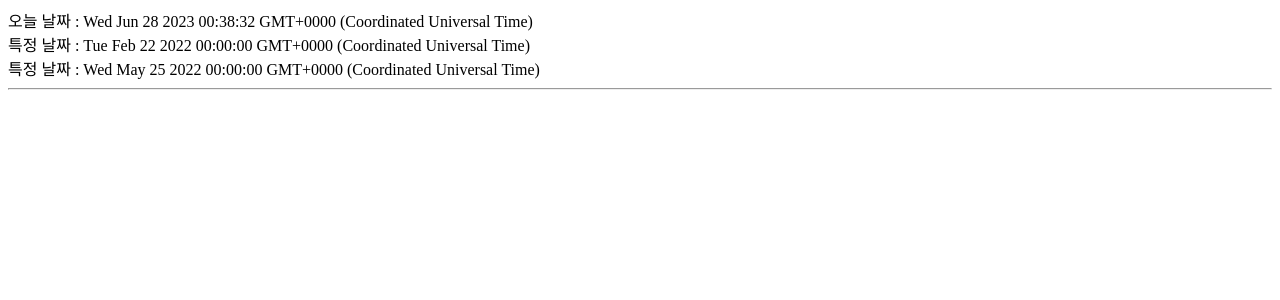
Repository: wjsjsn/23_webstudy
Page: 03_javascript/src/main/webapp/day03/Ex02_date.html
The author's editor kept a copy of each file at every save. The page is drawn from the files as they stood at one save, then again after the next save.
The browser window is 1280 px wide. The pictures show the whole page.

Above is the page before, as saved 2023-06-29 01:57:25.

### 03_javascript/src/main/webapp/day03/Ex02_date.html
<!DOCTYPE html>
<html>
<head>
<meta charset="UTF-8">
<title>Date 객체 : 내장 객체</title>
<script type="text/javascript">
	document.write("오늘 날짜 : " + new Date() + "<br>")
	document.write("특정 날짜 : " + new Date("2022-02-22") + "<br>")
	document.write("특정 날짜 : " + new Date(2022, 04, 25) + "<br>")
	document.write("<hr>")
</script>
</head>
<body>

</body>
</html>

After the next save:
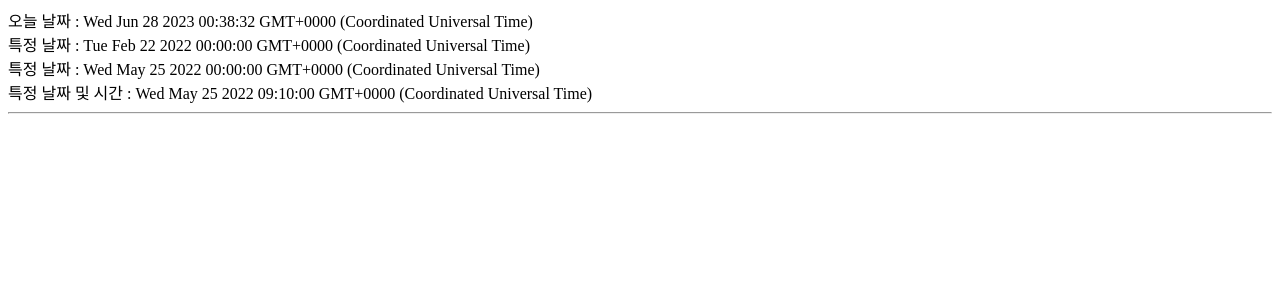
Saved 32 s later.
--- a/03_javascript/src/main/webapp/day03/Ex02_date.html
+++ b/03_javascript/src/main/webapp/day03/Ex02_date.html
@@ -7,6 +7,7 @@
 	document.write("오늘 날짜 : " + new Date() + "<br>")
 	document.write("특정 날짜 : " + new Date("2022-02-22") + "<br>")
 	document.write("특정 날짜 : " + new Date(2022, 04, 25) + "<br>")
+	document.write("특정 날짜 및 시간 : " + new Date(2022, 04, 25, 09, 10) + "<br>")
 	document.write("<hr>")
 </script>
 </head>
